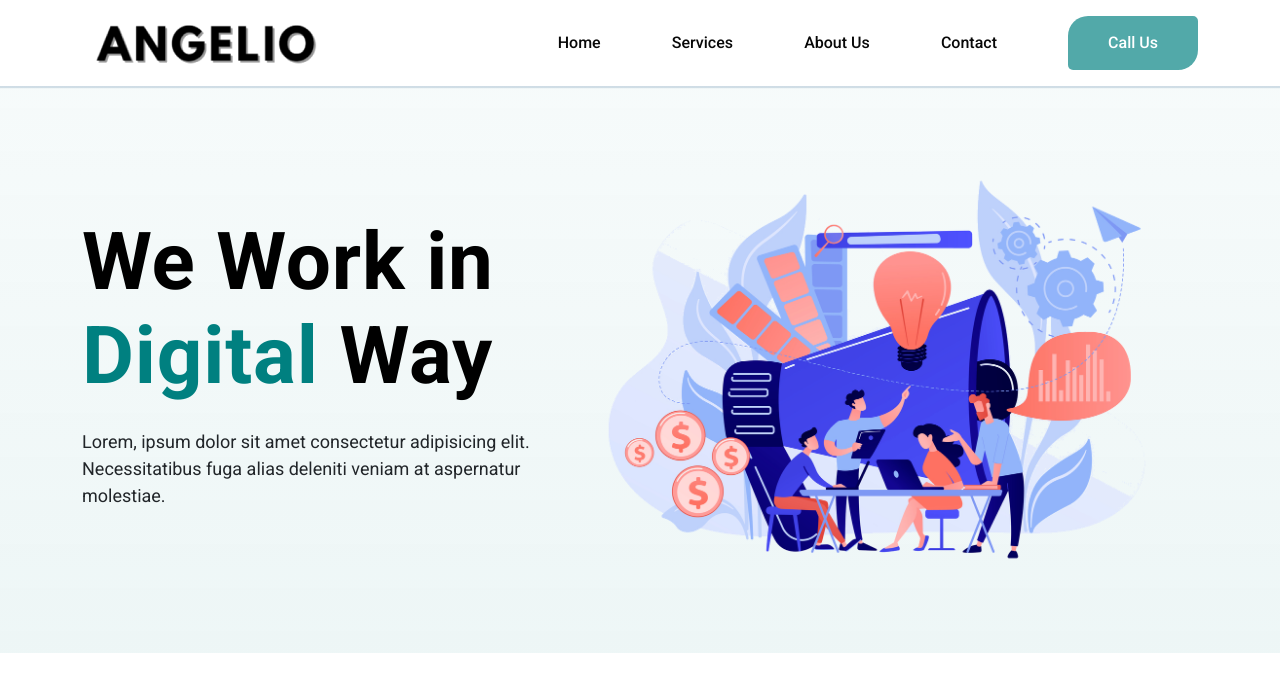
Repository: nazmulalok/landing-page-angelio
Page: index.html
The author's editor kept a copy of each file at every save. The page is drawn from the files as they stood at one save, then again after the next save.
The browser window is 1280 px wide. The pictures show the whole page.

Above is the page before, as saved 2022-09-04 16:44:54.

### index.html
<!DOCTYPE html>
<html lang="en">

    <head>
        <meta charset="UTF-8">
        <meta http-equiv="X-UA-Compatible" content="IE=edge">
        <meta name="viewport" content="width=device-width, initial-scale=1.0">
        <title>Landing Page</title>
        <link rel="preconnect" href="https://fonts.googleapis.com">
        <link rel="preconnect" href="https://fonts.gstatic.com" crossorigin>
        <link
            href="https://fonts.googleapis.com/css2?family=Roboto:ital,wght@0,300;0,400;0,500;0,700;0,900;1,300;1,400;1,500;1,700;1,900&display=swap"
            rel="stylesheet">
        <link href="https://cdn.jsdelivr.net/npm/bootstrap@5.2.0/dist/css/bootstrap.min.css" rel="stylesheet"
            integrity="sha384-gH2yIJqKdNHPEq0n4Mqa/HGKIhSkIHeL5AyhkYV8i59U5AR6csBvApHHNl/vI1Bx" crossorigin="anonymous">
        <link rel="stylesheet" href="style.css">
    </head>

    <body>
        <header>
            <nav>
                <div class="container">
                    <div class="row align-items-center">
                        <div class="col-lg-5">
                            <div class="logo">
                                <a href="/"><img src="images/angelio-logo.png" alt="Angelio Logo" width="250"
                                        height="66"></a>
                            </div>
                        </div>
                        <div class="col-lg-7 d-flex justify-content-end">
                            <ul>
                                <li><a href="/">Home</a></li>
                                <li><a href="/services.html">Services</a></li>
                                <li><a href="/about-us.html">About Us</a></li>
                                <li><a href="/contact.html">Contact</a></li>
                                <li class="nav-cta"><a href="tel:000-000-0000">Call Us</a></li>
                            </ul>
                        </div>
                    </div>
                </div>
            </nav>
        </header>
        <section class="sec-padding banner-sec">
            <div class="container">
                <div class="row align-items-center">
                    <div class="col-lg-7 order-lg-last">
                        <img src="/images/angelio-digital-marketing.png" alt="">
                    </div>
                    <div class="col-lg-5">
                        <div class="large-heading">We Work in <span class="blue-text">Digital</span> Way</div>
                        <p>Lorem, ipsum dolor sit amet consectetur adipisicing elit. Necessitatibus fuga alias deleniti
                            veniam at aspernatur molestiae.</p>
                    </div>
                </div>
            </div>
        </section>


        <script src="https://cdn.jsdelivr.net/npm/bootstrap@5.2.0/dist/js/bootstrap.bundle.min.js"
            integrity="sha384-A3rJD856KowSb7dwlZdYEkO39Gagi7vIsF0jrRAoQmDKKtQBHUuLZ9AsSv4jD4Xa"
            crossorigin="anonymous"></script>
    </body>

</html>

### style.css
body {
    font-family: 'Roboto', sans-serif;
}

nav {
    padding: 10px 0px;
    box-shadow: 0 1px 1px 1px #14477e2b;
}

nav ul {
    list-style-type: none;
    display: flex;
    justify-content: flex-end;
    margin: 0;
    padding: 0;
    align-items: center;
    gap: 20%;
    white-space: nowrap;
}

nav ul li a {
    color: #080808;
    text-decoration: none;
    display: block;
    position: relative;
    font-weight: 500;
}

nav ul li a:hover {
    color: #52a9a9;
}

li.nav-cta a {
    background: #008080ad;
    padding: 15px 40px;
    color: #fff;
    border-radius: 20px 5px;
    transition: all 0.3s ease;
}

li.nav-cta a:hover {
    background: #008080;
    color: #fff;
    border-radius: 5px 20px;
    transition: all 0.3s ease;
}

li.nav-cta a:before {
    content: "";
    width: 0%;
    height: 0px;
    position: absolute;
    left: 0;
    bottom: 0;
    transition: none;
    transform: none;
    background: none;
    transform-origin: 0%;
}

li.nav-cta a:hover:before {
    transform: none;
    transform-origin: 0%;
}

nav ul li a:before {
    content: "";
    width: 100%;
    height: 2px;
    position: absolute;
    left: 0;
    bottom: 0;
    transition: 0.4s transform ease;
    transform: scale3d(0, 1, 1);
    background: #52a9a9;
    transform-origin: 100% 50%;
}

nav ul li a:hover::before {
    transform: scale3d(1, 1, 1);
    transform-origin: 0 50%;
}

.sec-padding {
    padding: 70px 0px;
}

.banner-sec {
    background-image: linear-gradient(rgb(82 169 169 / 5%), rgb(82 169 169 / 10%));
    background-size: cover;
    background-position: center;
}

.banner-sec img {
    width: 100%;
}

.large-heading {
    font-size: 80px;
    color: #000;
    font-weight: 600;
    letter-spacing: 0.8px;
    line-height: normal;
    margin-bottom: 25px;
}

.banner-sec p {
    font-size: 18px;
}

.blue-text {
    color: #008080;
}

After the next save:
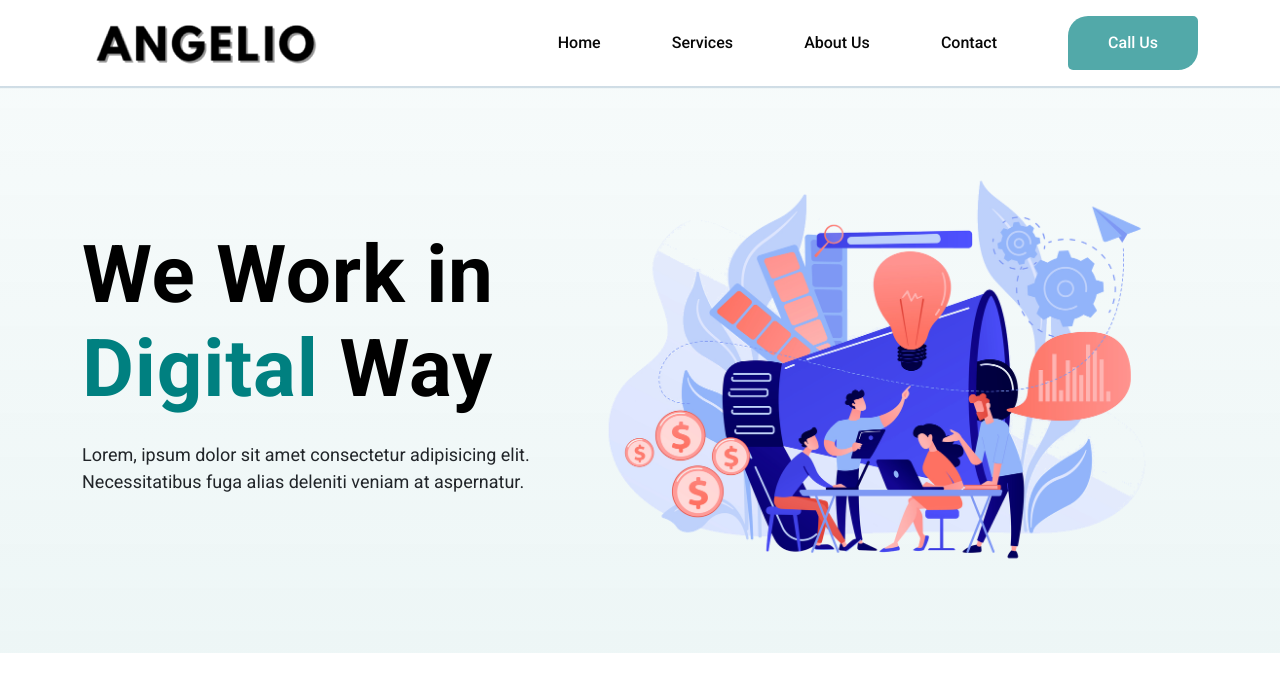
Saved 48 s later.
--- a/index.html
+++ b/index.html
@@ -49,7 +49,7 @@
                     <div class="col-lg-5">
                         <div class="large-heading">We Work in <span class="blue-text">Digital</span> Way</div>
                         <p>Lorem, ipsum dolor sit amet consectetur adipisicing elit. Necessitatibus fuga alias deleniti
-                            veniam at aspernatur molestiae.</p>
+                            veniam at aspernatur.</p>
                     </div>
                 </div>
             </div>
